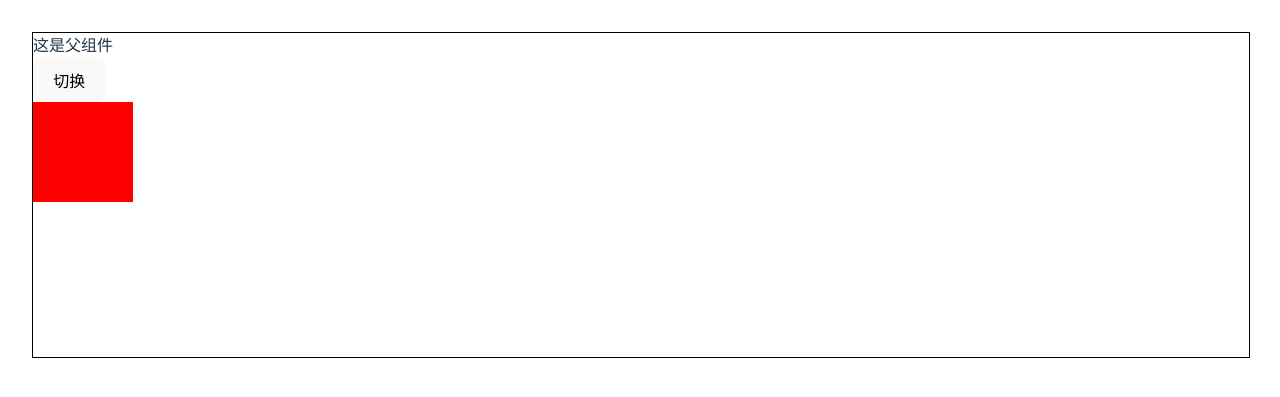
Repository: LeeypOR/management-system
Page: /
These files come from the project's save history. The page is drawn as it stood at one moment and after the next save; the edit follows.
The browser window is 1280 px wide. The pictures show the whole page.
The project was rebuilt for these pictures with package versions that can differ from the ones it lists, and the page was loaded fresh each time. Also part of the build but not shown: vite.config.ts.

Above is the page before, as saved 2023-02-24 13:03:32.
Console error: SyntaxError: Cannot use import statement outside a module

### index.html
<!DOCTYPE html>
<html lang="en">
  <head>
    <meta charset="UTF-8" />
    <link rel="icon" type="image/svg+xml" href="/vite.svg" />
    <script text="module" charset="UTF-8" src="./src/three.js/Three.js"></script>
    <meta name="viewport" content="width=device-width, initial-scale=1.0" />
    <title>Vite + Vue + TS</title>
  </head>
  <body>
    <div id="app" style="width: 100%;height: 100%;"></div>
    <script type="module" src="/src/main.ts"></script>
  </body>
</html>

### src/main.ts
import { createApp } from 'vue'
import './style.css'
import App from './App.vue'





createApp(App).mount('#app')

### src/style.css
:root {
  font-family: Inter, Avenir, Helvetica, Arial, sans-serif;
  font-size: 16px;
  line-height: 24px;
  font-weight: 400;

  color-scheme: light dark;
  color: rgba(255, 255, 255, 0.87);
  background-color: #242424;

  font-synthesis: none;
  text-rendering: optimizeLegibility;
  -webkit-font-smoothing: antialiased;
  -moz-osx-font-smoothing: grayscale;
  -webkit-text-size-adjust: 100%;
}

a {
  font-weight: 500;
  color: #646cff;
  text-decoration: inherit;
}
a:hover {
  color: #535bf2;
}

body {
  margin: 0;
  display: flex;
  place-items: center;
  min-width: 320px;
  min-height: 100%;
}

h1 {
  font-size: 3.2em;
  line-height: 1.1;
}

button {
  border-radius: 8px;
  border: 1px solid transparent;
  padding: 0.6em 1.2em;
  font-size: 1em;
  font-weight: 500;
  font-family: inherit;
  background-color: #1a1a1a;
  cursor: pointer;
  transition: border-color 0.25s;
}
button:hover {
  border-color: #646cff;
}
button:focus,
button:focus-visible {
  outline: 4px auto -webkit-focus-ring-color;
}

.card {
  padding: 2em;
}

#app {
  max-width: 1280px;
  margin: 0 auto;
  padding: 2rem;
  text-align: center;
}

@media (prefers-color-scheme: light) {
  :root {
    color: #213547;
    background-color: #ffffff;
  }
  a:hover {
    color: #747bff;
  }
  button {
    background-color: #f9f9f9;
  }
}

### src/App.vue


<template>
  <!-- <div class="base" v-for="item in Arr" :key="item">
    {{item.name}}
  </div> -->
  <!-- <HelloWorld></HelloWorld> -->
  <!-- <Watch></Watch> -->
  <Index></Index>
</template>

<script setup lang="ts">
// This starter template is using Vue 3 <script setup> SFCs
// Check out https://vuejs.org/api/sfc-script-setup.html#script-setup
// import HelloWorld from './components/HelloWorld.vue'
// import Watch from './components/Watch.vue'
import Index from './pages/index.vue'

</script>

<style scoped>
body{
  width: 100%;
  height: 100%;
}
#app{
  width: 100%;
  height: 100%;
}
.logo {
  height: 6em;
  padding: 1.5em;
  will-change: filter;
}
.logo:hover {
  filter: drop-shadow(0 0 2em #646cffaa);
}
.logo.vue:hover {
  filter: drop-shadow(0 0 2em #42b883aa);
}
</style>

### src/pages/index.vue
<template>
  <div class="index">
    <header>
      这是父组件
    </header>
    <!-- <Teleport to="body">

    </Teleport> -->
    <div>
      <!-- <Children1 :data="data"></Children1> -->
    </div>

    <div class="content">
      <button @click="flag = !flag">切换</button>
      <transition name="fade">
        <div class="box" v-if="flag"></div>
      </transition>
    </div>
  </div>
</template>


<script setup lang="ts">
import Children1 from '../components/Children1.vue'
import {reactive,ref} from 'vue'

interface Tree {
  name:string,
  checked:boolean,
  children?:Tree[]
}
let flag = ref(true)
const data = reactive<Tree[]>([
  {
    name:'1',
    checked:false,
  },
  {
    name:'2',
    checked:false,
    children:[
      {
        name:'2-1',
        checked:false
      },
      {
        name:'2-2',
        checked:false
      },
    ]
  },
  {
    name:'3',
    checked:false,
    children:[
      {
        name:'3-1',
        checked:false
      },
      {
        name:'3-2',
        checked:false
      },
      {
        name:'3-3',
        checked:true,
        children:[
          {
            name:'3-3-1',
            checked:false
          }
        ]
      },
    ]
  }
])
</script>

<style  scoped>
  .index{
    border: 1px solid #000;
    width: 100%;
    height: 100%;
    text-align: left;
  }
  .content{
    width: 400px;
    height: 300px;

  }
  .box{
    width: 100px;
    height: 100px;
    background: red;
  }
  .fade-enter-from{
    /* 进入之前 */
    width: 0;
    height: 0;
    transform: rotate(360deg);
  }
  .fade-enter-active{
    /* 过度曲线 */
    transition:all 1.5s ease;

  }
  .fade-enter-to{
    width: 100px;
    height: 100px;
    transform: rotate(135deg);
  }
  .fade-leave-from{
    width: 100px;
    height: 100px;
  }
  .fade-leave-active{
    transition:all 1s ease-in-out;
  }
  .fade-leave-to{
    width: 0;
    height: 0;
  }
</style>

### src/components/TransitionTest.vue
<template>
  <div class="content">
    <input type="number" step="20" class="input">
  </div>
</template>

Loaded but not shown: src/three.js/Three.js (library)

After the next save:
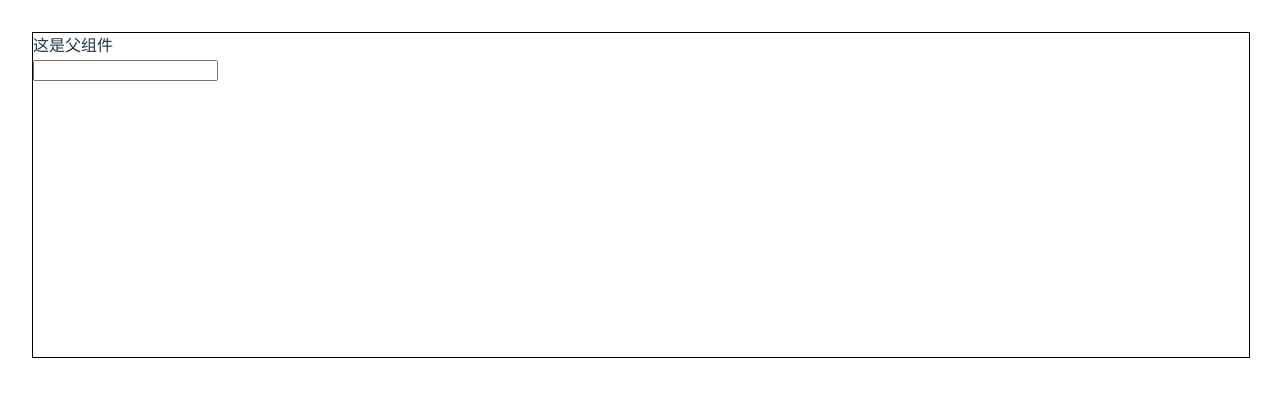
Saved 57 s later.
--- a/src/pages/index.vue
+++ b/src/pages/index.vue
@@ -3,25 +3,29 @@
     <header>
       这是父组件
     </header>
+    <div>
+      <Transition-test></Transition-test>
+    </div>
     <!-- <Teleport to="body">
 
     </Teleport> -->
-    <div>
+    <!-- <div> -->
       <!-- <Children1 :data="data"></Children1> -->
-    </div>
+    <!-- </div> -->
 
-    <div class="content">
+    <!-- <div class="content">
       <button @click="flag = !flag">切换</button>
       <transition name="fade">
         <div class="box" v-if="flag"></div>
       </transition>
-    </div>
+    </div> -->
   </div>
 </template>
 
 
 <script setup lang="ts">
 import Children1 from '../components/Children1.vue'
+import TransitionTest from '../components/TransitionTest.vue'
 import {reactive,ref} from 'vue'
 
 interface Tree {
